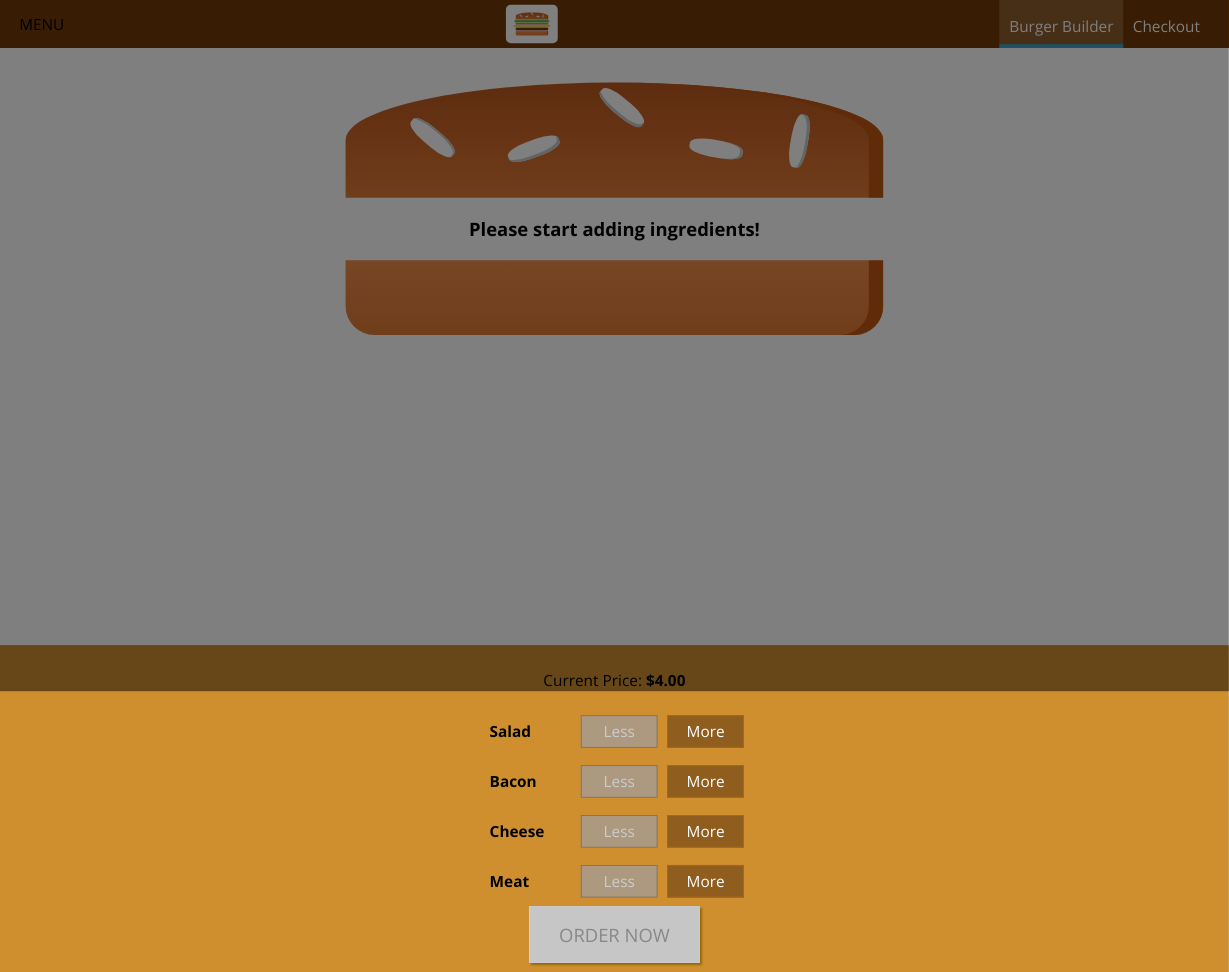
Repository: AbdulMutaal/Burger-Builder
Page: /
An editor plug-in stored every save of this project. The page is shown before and after the next save, followed by the edit.
The browser window is 1280 px wide. The pictures show the whole page, at 96% of full size.
The project was rebuilt for these pictures with package versions that can differ from the ones it lists, and the page was loaded fresh each time.

Above is the page before, as saved 2021-12-08 16:32:45.

After the next save:
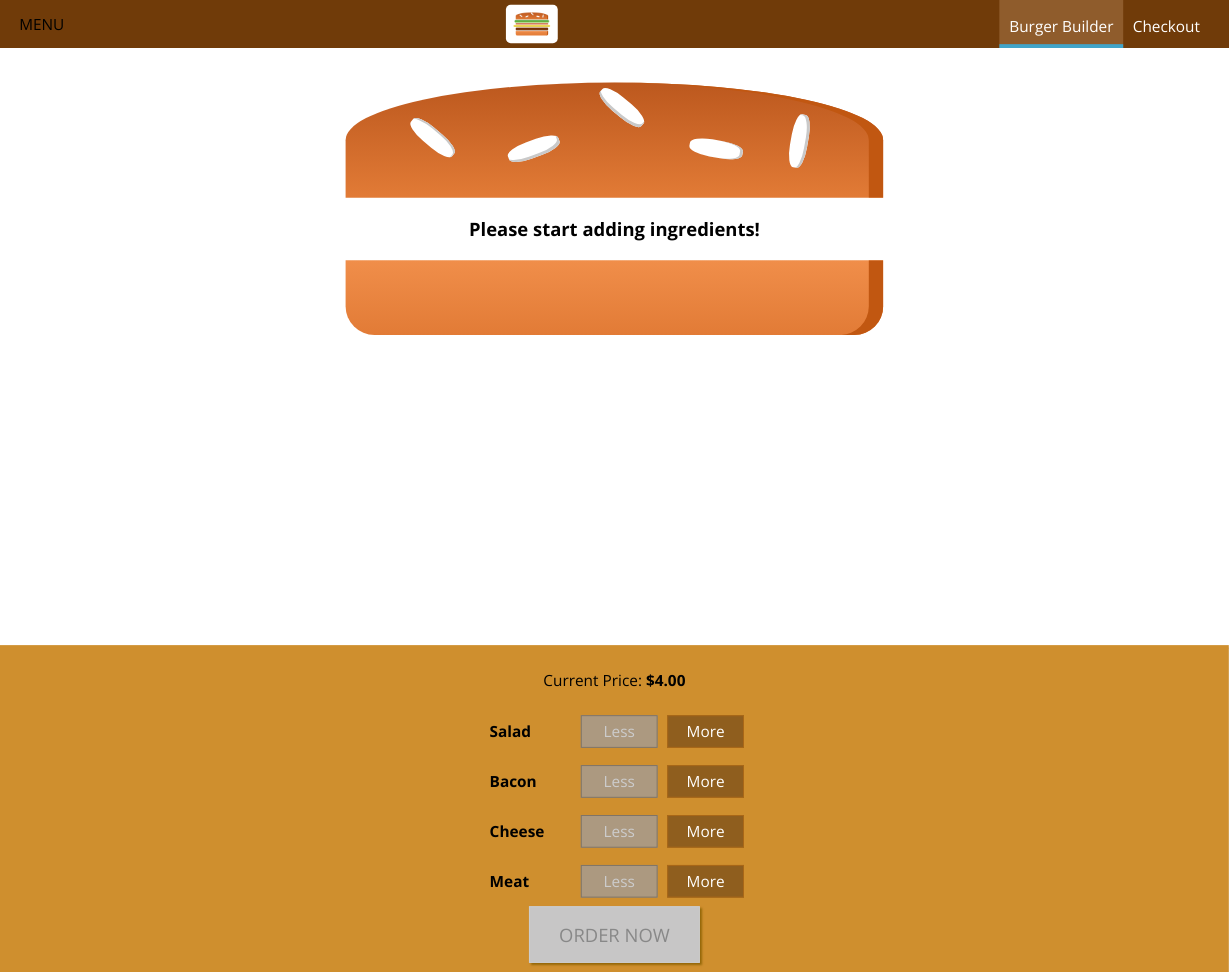
Saved 20 s later.
--- a/src/components/Navigation/SideDrawer/SideDrawer.js
+++ b/src/components/Navigation/SideDrawer/SideDrawer.js
@@ -9,7 +9,7 @@ import Auxiliary from '../../../hoc/Auxiliary';
 const sideDrawer = (props) => {
     return (
         <Auxiliary>
-            <Backdrop show clicked={props.closed} />
+            <Backdrop show={props.open} clicked={props.closed} />
             <div className={classes.SideDrawer}>
                 <div className={classes.Logo}>
                     <Logo />

After the save that followed:
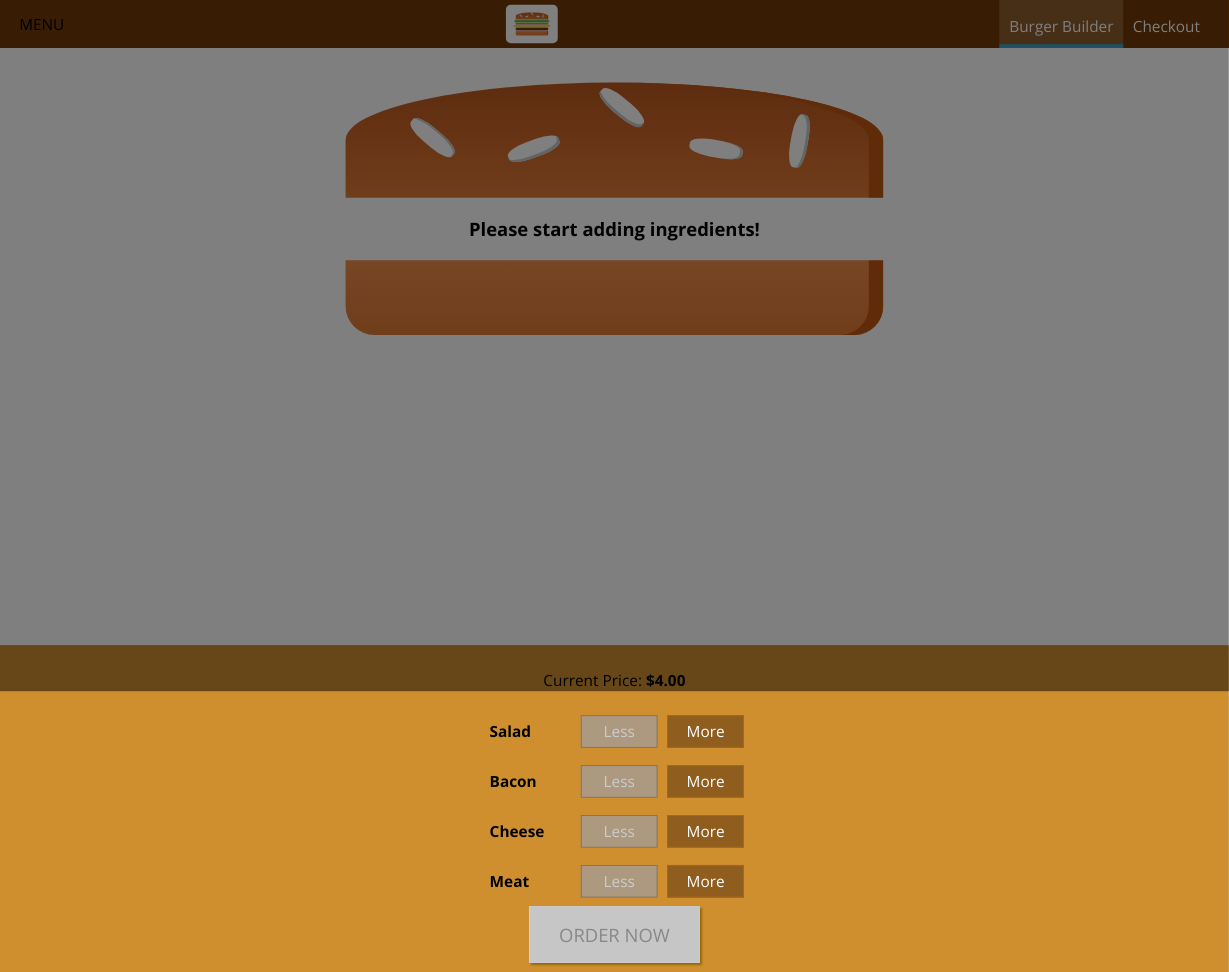
Saved 106 s later.
--- a/src/components/Layout/Layout.js
+++ b/src/components/Layout/Layout.js
@@ -18,7 +18,9 @@ class Layout extends Component {
         return (
             <Auxiliary>
                 <Toolbar />
-                <SideDrawer closed={this.sideDrawerClosedHandler} />
+                <SideDrawer
+                    open={this.state.showSideDrawer}
+                    closed={this.sideDrawerClosedHandler} />
                 <main className={classes.Content}>
                     {this.props.children}
                 </main>
